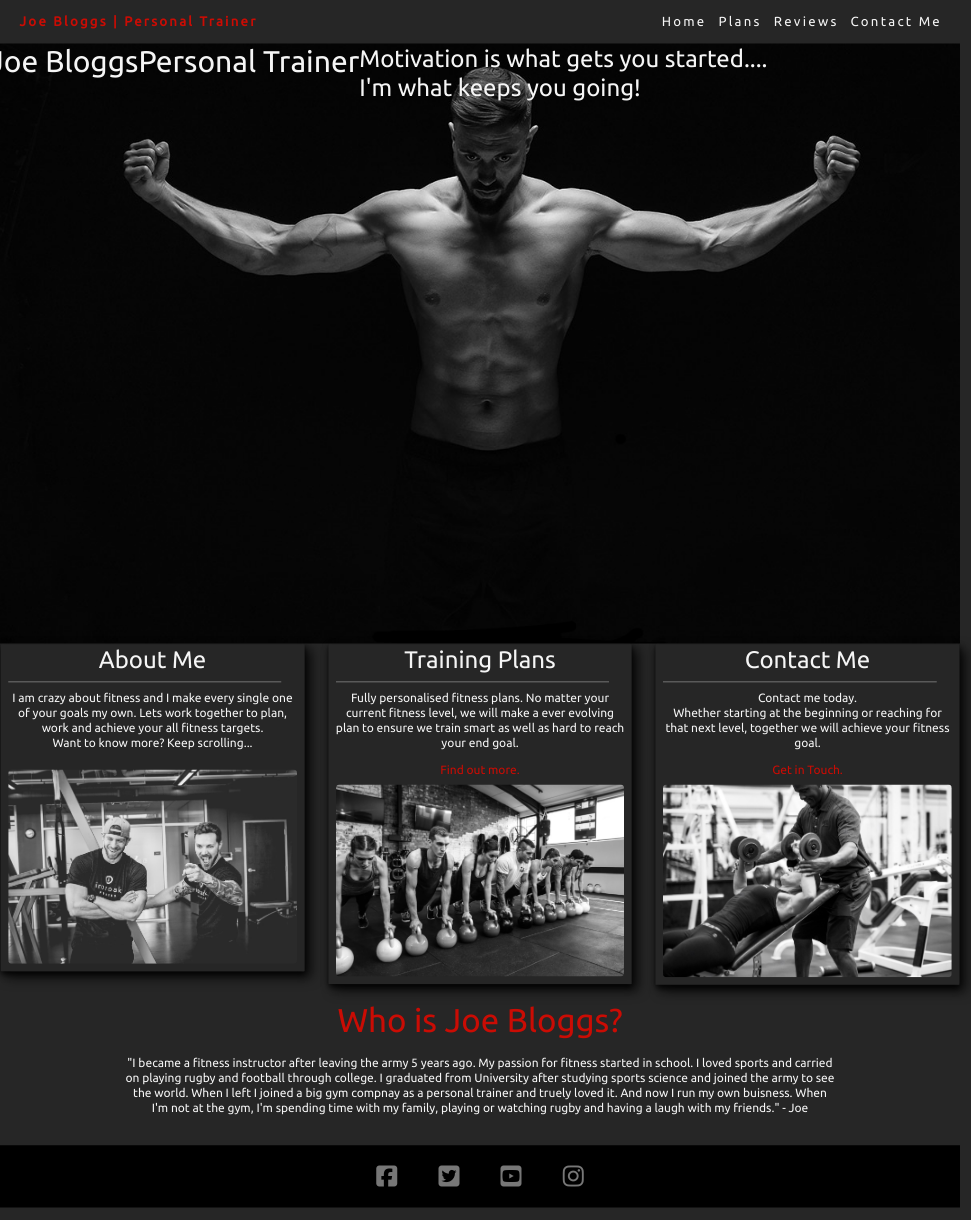
Repository: ClaireRoberts1403/Joe-Bloggs-Personal-Trainer
Page: index.html
The author's editor kept a record of every edit. The page is drawn from the files as they stood at one moment, then again after the next edit.
The browser window is 1280 px wide. The page is 1295 px wide, so the pictures cover 1295 px, including what lies to the right of the window. The pictures show the whole page, at 75% of full size.
Some web fonts or font styles are not loaded; a fallback is used. Some web libraries are served in a nearby version.

Above is the page before.
Console error: TypeError: Cannot read properties of undefined (reading 'fn')

After the next edit:
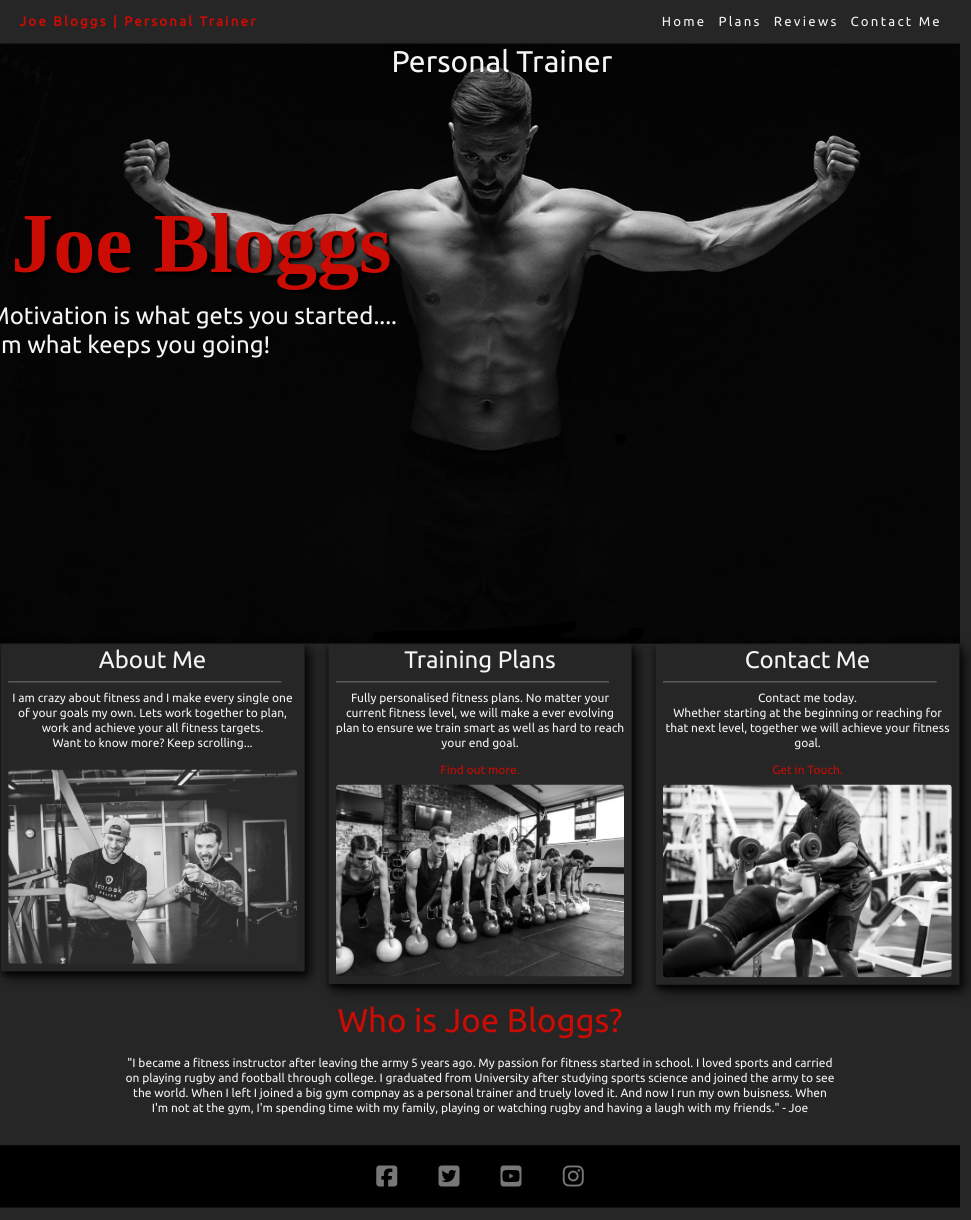
The edit:
--- a/index.html
+++ b/index.html
@@ -43,7 +43,7 @@
 
 	<div class="container-fluid hero-image">
 		<div class="row">
-			<h1 id="hero-name">
+			<h1 class="hero-name">
 				Joe Bloggs </h1>
 			<h1 id="hero-title">
 				Personal Trainer</h1>
